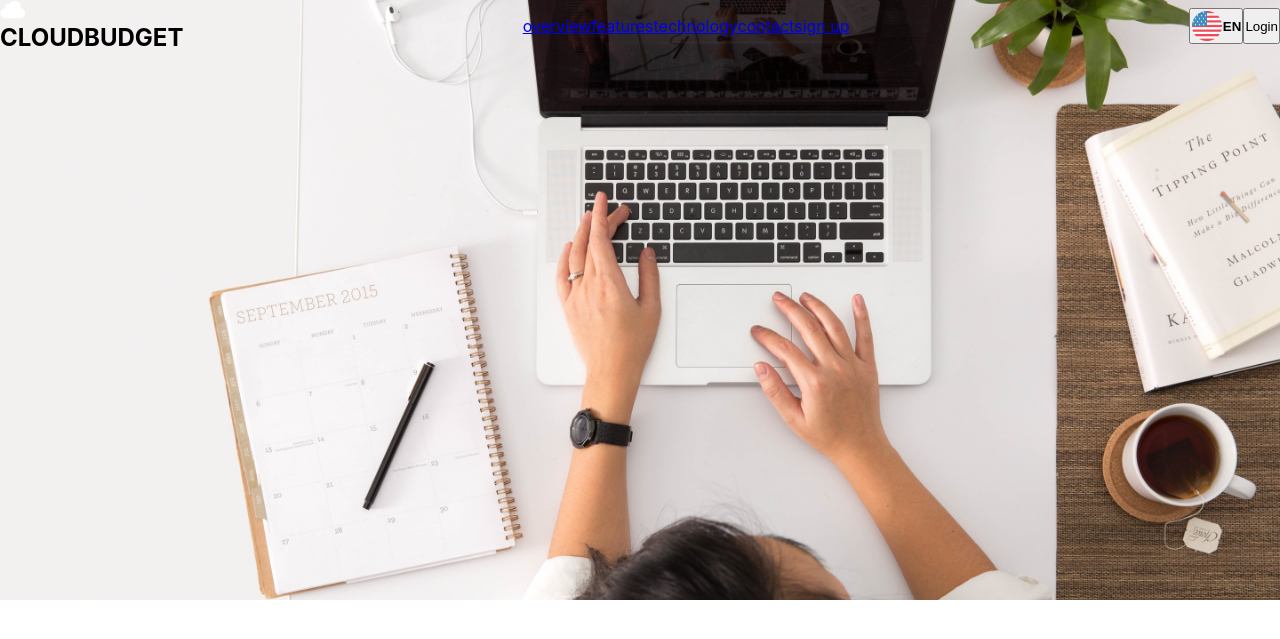
Repository: Ola-22/cloudBudget
Page: /
An editor plug-in stored every save of this project. The page is shown before and after the next save, followed by the edit.
The browser window is 1280 px wide. The pictures show the whole page.
The project was rebuilt for these pictures with package versions that can differ from the ones it lists, and the page was loaded fresh each time.

Above is the page before, as saved 2021-09-12 13:50:43.

After the next save:
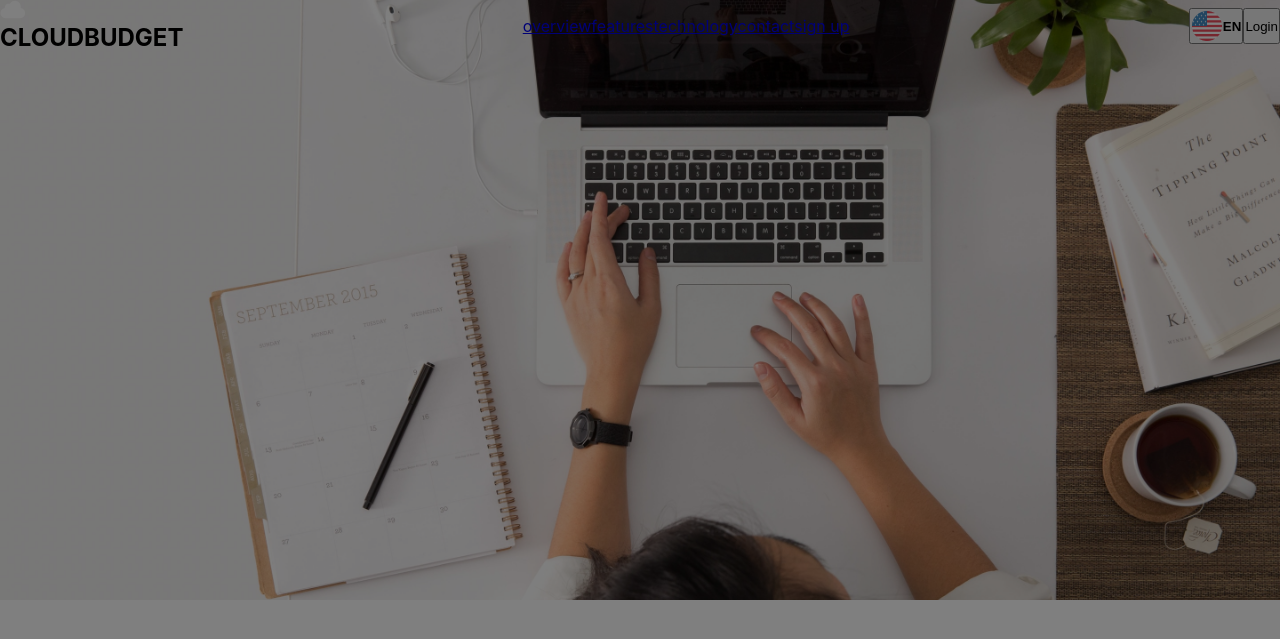
Saved 67 s later.
--- a/src/App.css
+++ b/src/App.css
@@ -13,15 +13,14 @@
 }
 
 .overlay{
-  position: fixed; /* Sit on top of the page content */
-  display: none; /* Hidden by default */
-  width: 100%; /* Full width (cover the whole page) */
-  height: 100%; /* Full height (cover the whole page) */
+  position: fixed;
+  width: 100%;
+  height: 100%;
   top: 0;
   left: 0;
   right: 0;
   bottom: 0;
-  background-color: rgba(0,0,0,0.5); /* Black background with opacity */
-  z-index: 2; /* Specify a stack order in case you're using a different order for other elements */
+  background-color: rgba(0,0,0,0.5);
+  z-index: 2;
   cursor: pointer;
 }
